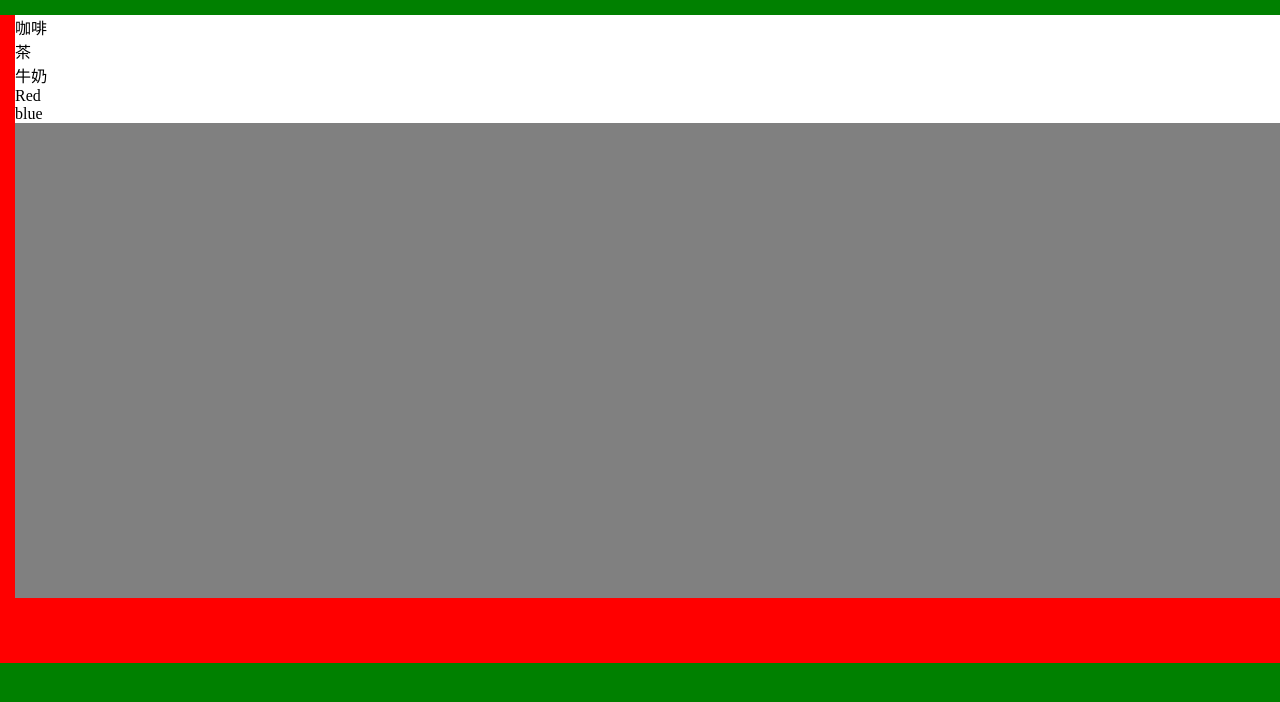
Repository: wangxinjun08231116/Html5Views
Page: WangXinJun/WebContent/htmls/ChangYongMark/Menu.html
An editor plug-in stored every save of this project. The page is shown before and after the next save, followed by the edit.
The browser window is 1280 px wide. The pictures show the whole page.

Above is the page before, as saved 2015-02-04 07:01:58.

### WangXinJun/WebContent/htmls/ChangYongMark/Menu.html
<!DOCTYPE html>
<html>
<head>
<meta http-equiv="Content-Type" content="text/html; charset=utf-8">
<title>test</title>
	<script type="text/javascript" src="/WangXinJun/js/ChangYongMark/Menu.js"></script>
 	<link href="/WangXinJun/css/ChangYongMark/menu.css" rel="stylesheet" type="text/css"/>
</head>
<body>

<!--divContainer  -->
<div class="divContainer" >

<ul>
  <li>咖啡</li>
  <li>茶</li>
  <li>牛奶</li>
</ul>

<menu>
	<li>Red</li>
	<li>blue</li>
</menu>

</div>

</body>
</html>

### WangXinJun/WebContent/css/ChangYongMark/menu.css
* {margin:0;padding:0;}

html{
	height:100%;width:100%;
	background-color:green;

}
body {height:90%;width:100%;
	background-color:red;
	vertical-align: middle;
}

.divContainer{
	/*body 对齐 html上边界  */
/* 		position:absolute;
 */		background-color:gray;
	    margin-top: 15px;
	    margin-left:15px;
	    margin-right:15;

/* 	    width:100%;
 */	    height:90%;
/* 	    text-align:center;
 */


	    /*控制y,是否进行剪切 */
  	  /*   overflow-x: hidden;  */
/*  	    border: 1px solid rgba(0, 0, 0, 0.1);
 */}


 ul{
  /* 无序列表，去掉前面的点 */
  list-style-type:none;
  background-color:white;
 }

 menu{
  /* menu，去掉前面的点 */
  list-style-type:none;
  background-color:white;
 }

Loaded but not shown: WangXinJun/WebContent/js/ChangYongMark/Menu.js (no copy from this time; the picture is the same without it)

After the next save:
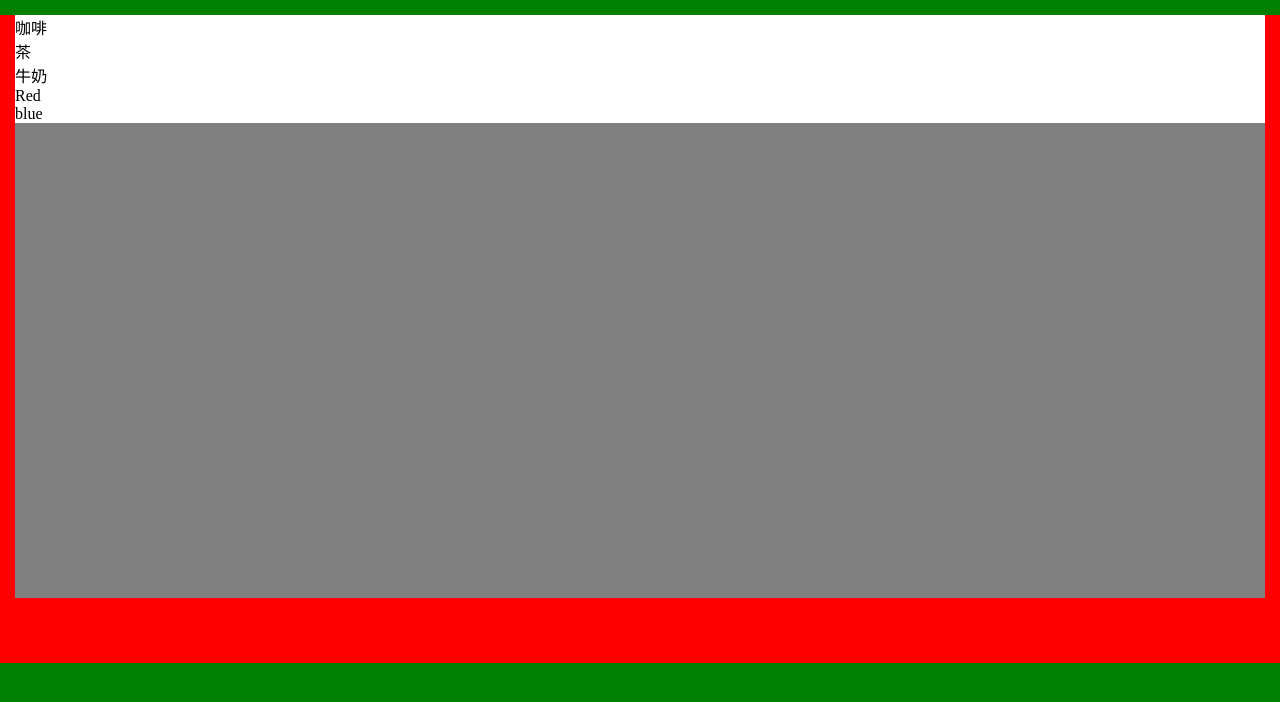
Saved 102 s later.
--- a/WangXinJun/WebContent/css/ChangYongMark/menu.css
+++ b/WangXinJun/WebContent/css/ChangYongMark/menu.css
@@ -16,8 +16,8 @@ body {height:90%;width:100%;
  */		background-color:gray;
 	    margin-top: 15px;
 	    margin-left:15px;
-	    margin-right:15;
-
+	    margin-right:15px;
+	  /*最好不要制定 宽度 ，通过margin来指定  */
 /* 	    width:100%;
  */	    height:90%;
 /* 	    text-align:center;
